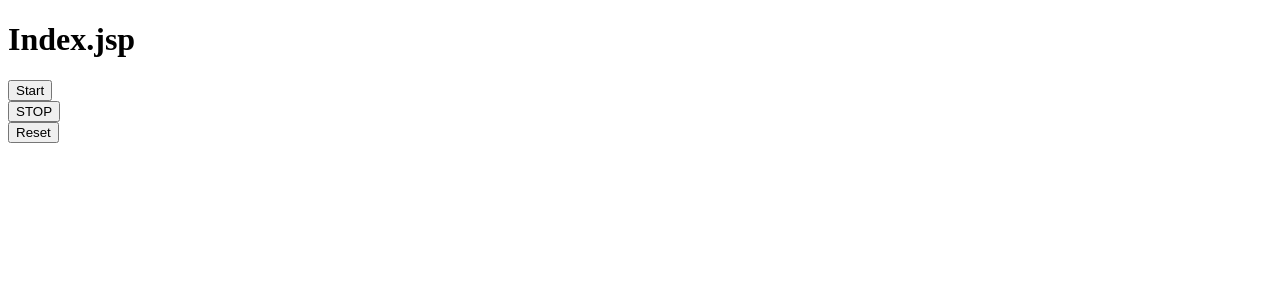
Repository: dwzukowski/Java
Page: http://localhost/stopwatch/
An editor plug-in stored every save of this project. The page is shown before and after the next save, followed by the edit.
The browser window is 1280 px wide. The pictures show the whole page.
The page is served by Tomcat 9.

Above is the page before, as saved 2017-07-12 23:54:08.

After the next save:
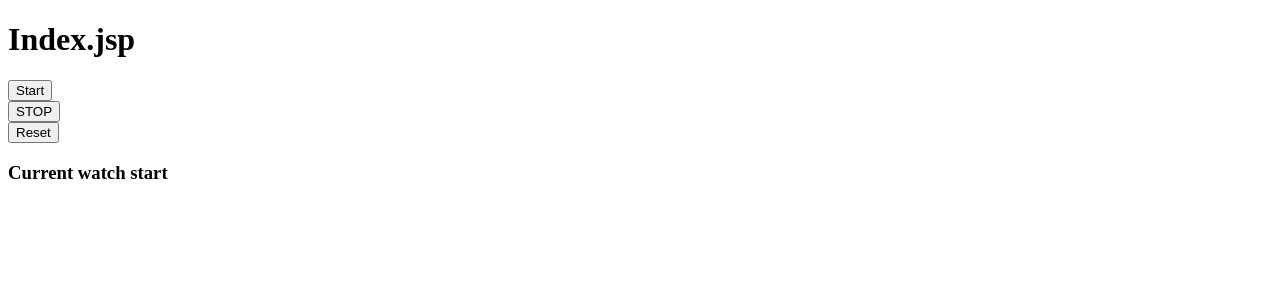
Saved 51 s later.
--- a/JavaOnTheWeb/Stopwatch/stopwatch/WebContent/WEB-INF/views/index.jsp
+++ b/JavaOnTheWeb/Stopwatch/stopwatch/WebContent/WEB-INF/views/index.jsp
@@ -14,7 +14,8 @@
 	<a href="/stopwatch/stop"><button>STOP</button></a>
 	<br>
 	<a href="/stopwatch/reset"><button>Reset</button></a>
-
+	<br>
+	<h3> Current watch start</h3>
 	<c:out value="${currentWatch.getStartTime()}"/>
 
 </body>
